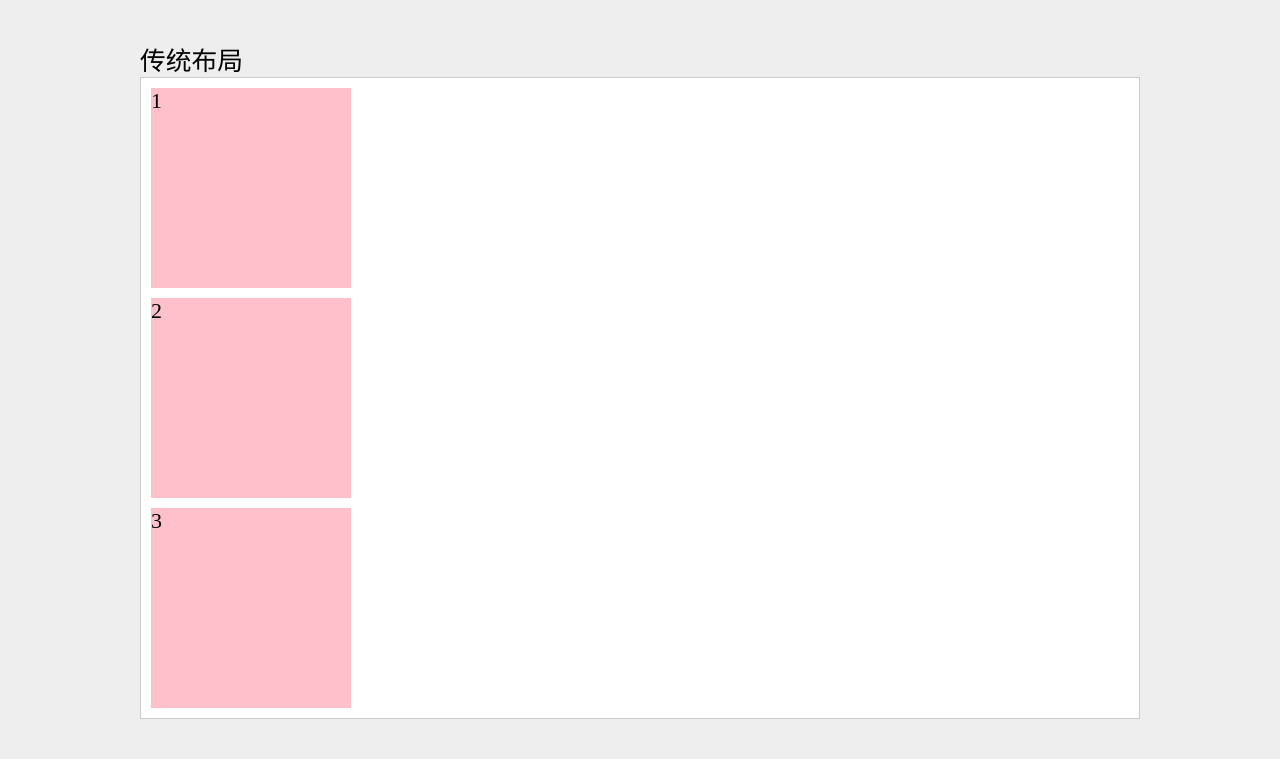
Repository: Germtao/Web
Page: web_css/css3_FLEX布局.html
An editor plug-in stored every save of this project. The page is shown before and after the next save, followed by the edit.
The browser window is 1280 px wide. The pictures show the whole page.

Above is the page before, as saved 2020-11-04 10:53:35.

### web_css/css3_FLEX布局.html
<!DOCTYPE html>
<html lang="en">

<head>
  <meta charset="UTF-8">
  <meta name="viewport" content="width=device-width, initial-scale=1.0">
  <title>CSS3-FLEX布局</title>

  <style>
    * {
      margin: 0;
      padding: 0;
      list-style: none;
    }

    body {
      background-color: #eee;
      font-family: "Microsoft Yahei";
      font-size: 22px;
    }

    h3 {
      font-weight: normal;
    }

    section {
      width: 1000px;
      margin: 40px auto;
    }

    ul {
      background-color: #fff;
      border: 1px solid #ccc;
    }

    ul li {
      width: 200px;
      height: 200px;
      background-color: pink;
      margin: 10px;
    }

    section:nth-child(1) {
      /* 清除浮动 */
      overflow: hidden;
    }
  </style>
</head>

<body>
  <section>
    <h3>传统布局</h3>
    <ul>
      <li>1</li>
      <li>2</li>
      <li>3</li>
    </ul>
  </section>
</body>

</html>

After the next save:
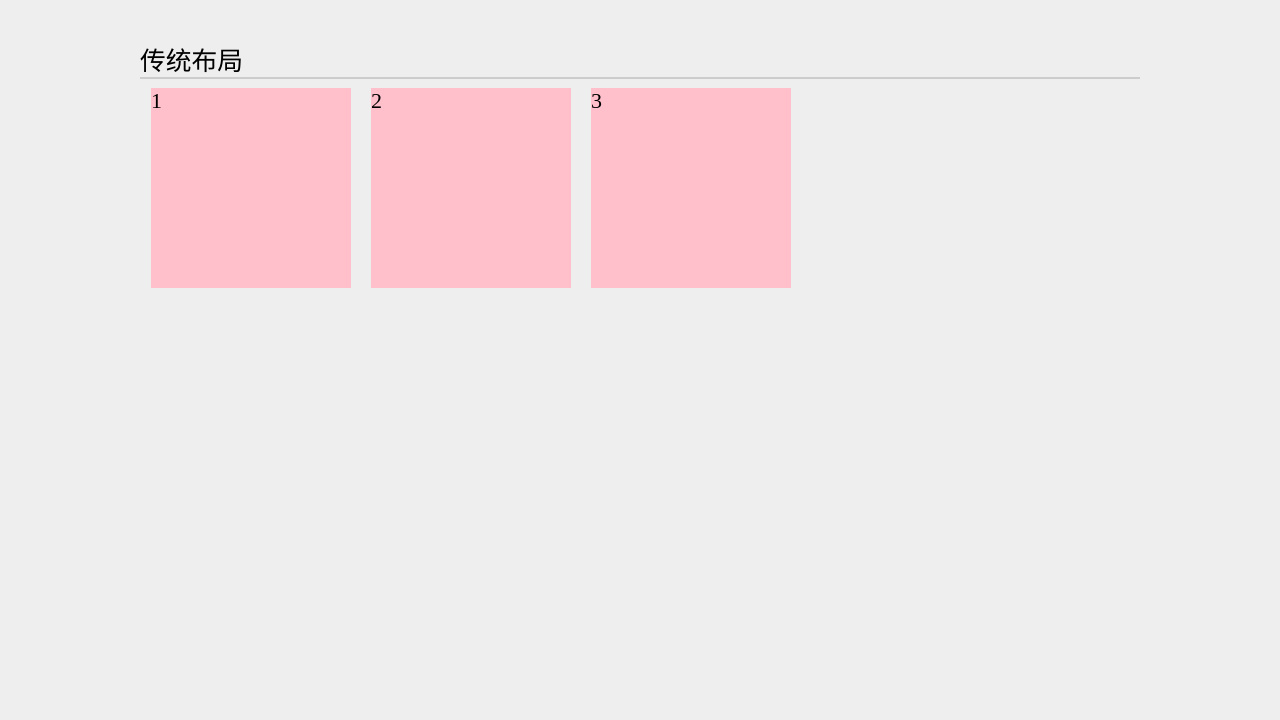
Saved 36 s later.
--- a/web_css/css3_FLEX布局.html
+++ b/web_css/css3_FLEX布局.html
@@ -44,6 +44,10 @@
       /* 清除浮动 */
       overflow: hidden;
     }
+
+    section:nth-child(1) ul li {
+      float: left;
+    }
   </style>
 </head>
 
